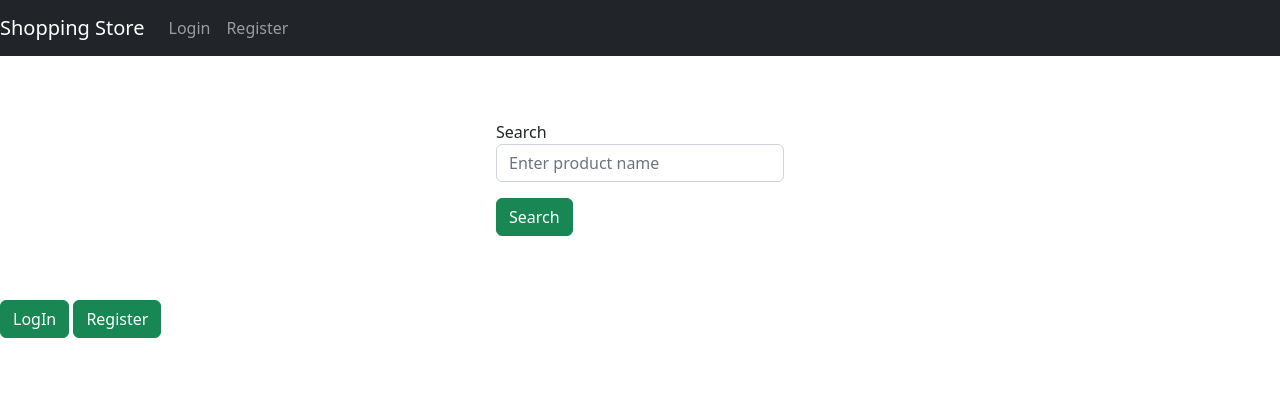
Repository: mayank-gupta0/nagarroproject
Page: http://localhost/SpringMvcServiceLayer/
An editor plug-in stored every save of this project. The page is shown before and after a run of saves, followed by the edit.
The browser window is 1280 px wide. The pictures show the whole page.
The page is served by Tomcat 9. Nobody is signed in. The application's start-up code is not run.

Above is the page before, as saved 2022-08-22 12:46:19.

After the next 2 saves:
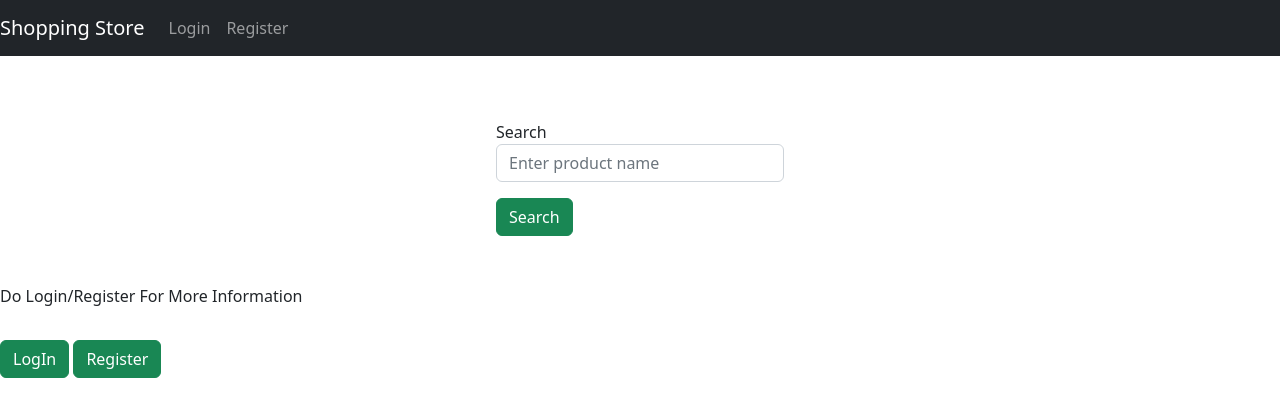
The 2 saves are shown as one change because they came seconds apart.
The last was saved 29 s later.
--- a/springmvcworkspace/SpringMvcServiceLayer/src/main/webapp/index.jsp
+++ b/springmvcworkspace/SpringMvcServiceLayer/src/main/webapp/index.jsp
@@ -39,6 +39,7 @@
 	</div>
 
 	<div>
+		<p>Do Login/Register For More Information</p>
 		<button type="submit" class="btn btn-success my-3">LogIn</button>
 		<button type="submit" class="btn btn-success my-3">Register</button>
 	</div>
